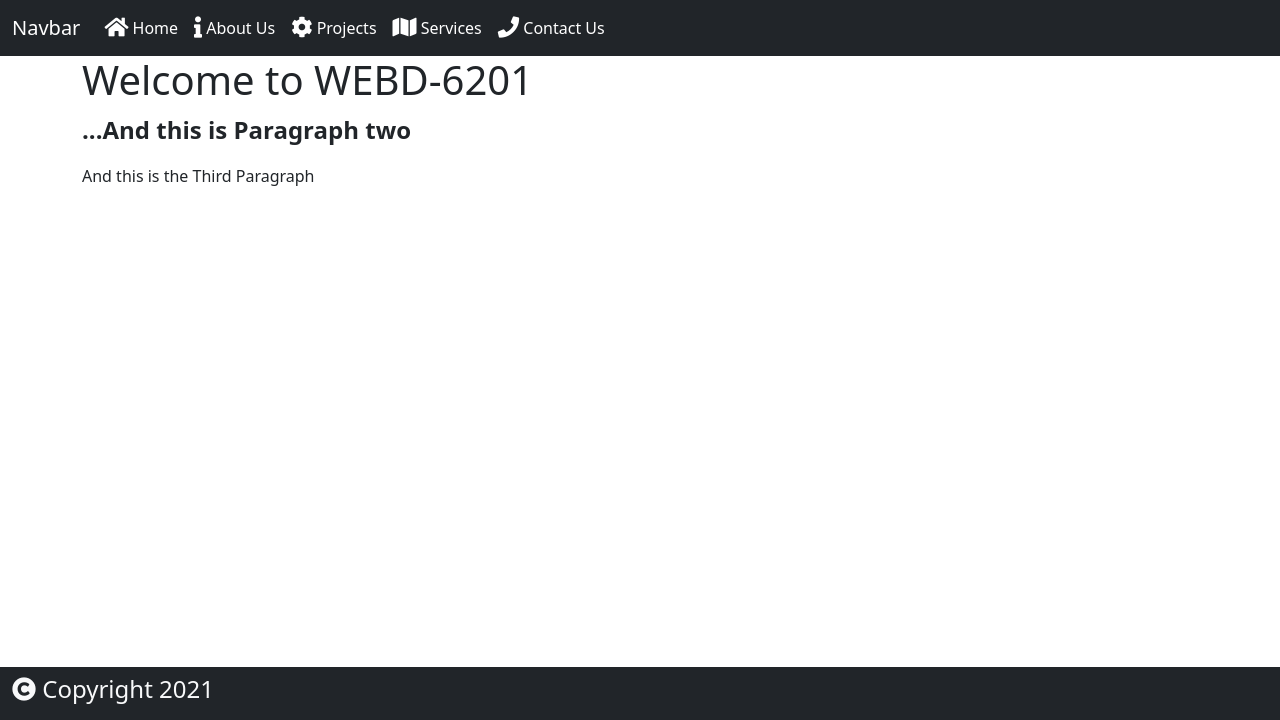
Repository: CKM206/WEBD6201-W2021---ICE1
Page: index.html
An editor plug-in stored every save of this project. The page is shown before and after the next save, followed by the edit.
The browser window is 1280 px wide. The pictures show the whole page.

Above is the page before, as saved 2021-01-21 08:35:05.
Console error: TypeError: Cannot set properties of undefined (setting 'textContent')

After the next save:
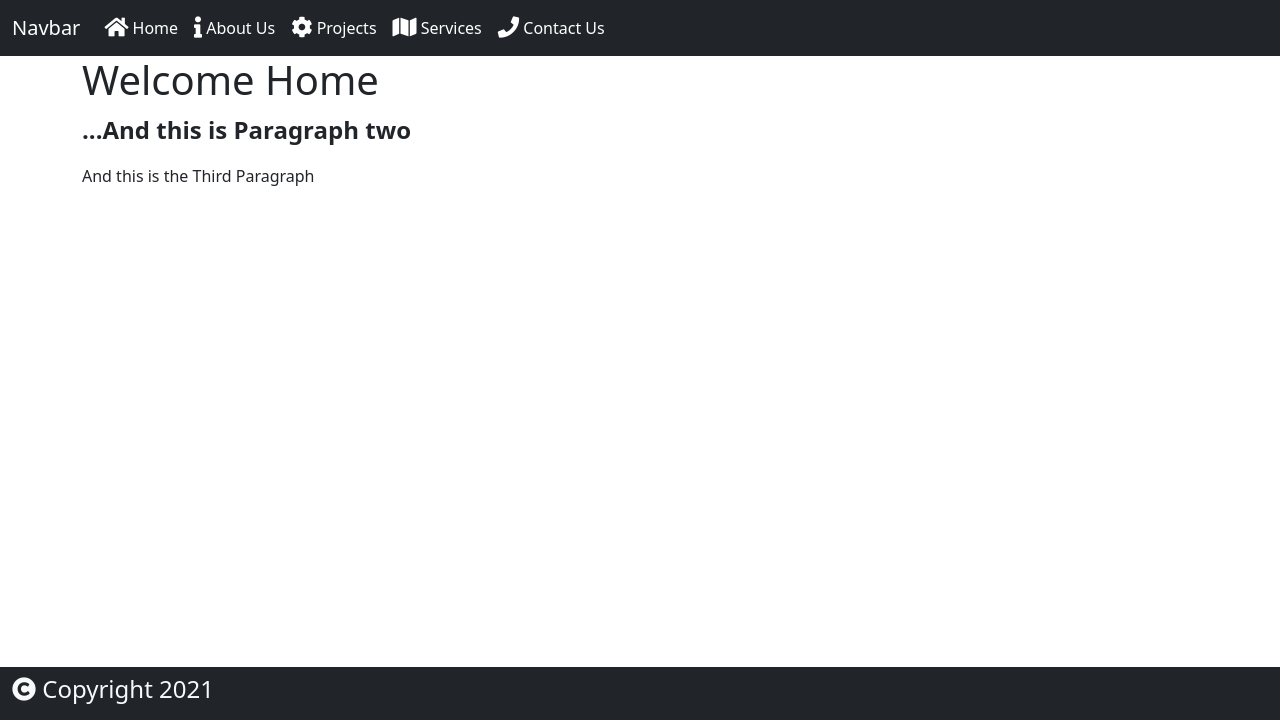
The error is gone.
Saved 8 s later.
--- a/Scripts/app.js
+++ b/Scripts/app.js
@@ -77,7 +77,7 @@
        mainContent.removeChild(paragraphOneElement);
 
        // Updating & Modification
-       mainContent.ElementChild.textContent = "Welcome Home";
+       mainContent.firstElementChild.textContent = "Welcome Home";
 
 
     }
